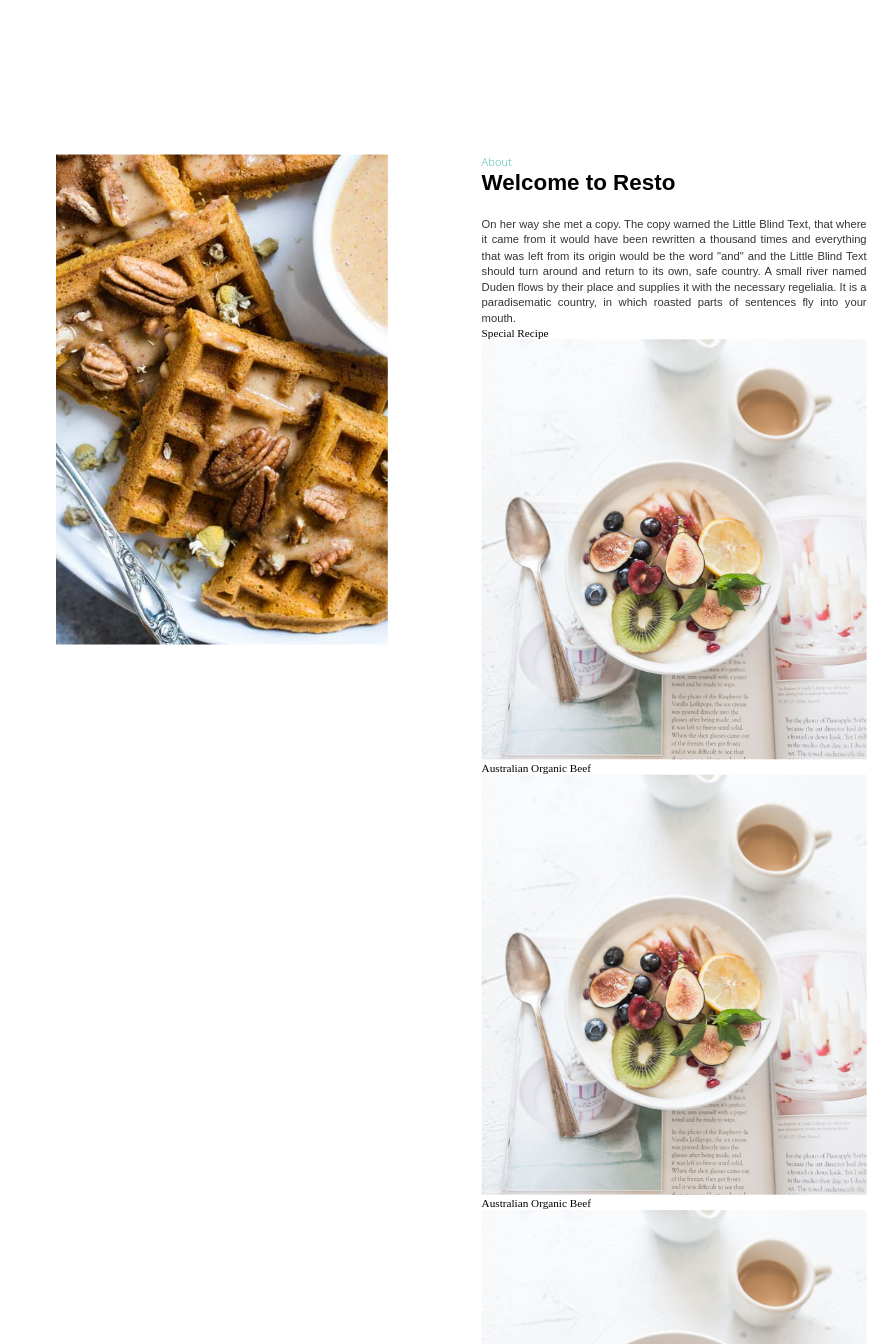
Repository: nguyenanhtuanHDU/myrestaurant
Page: index.html
These files come from the project's save history. The page is drawn as it stood at one moment and after a run of saves; the edit follows.
The browser window is 1280 px wide. The pictures show the part of the page from y = 584 to 2504 px (the page is 2935 px tall before and 2120 px after), at 70% of full size.

Above is the page before, as saved 2022-02-01 02:02:00.

After the next 3 saves:
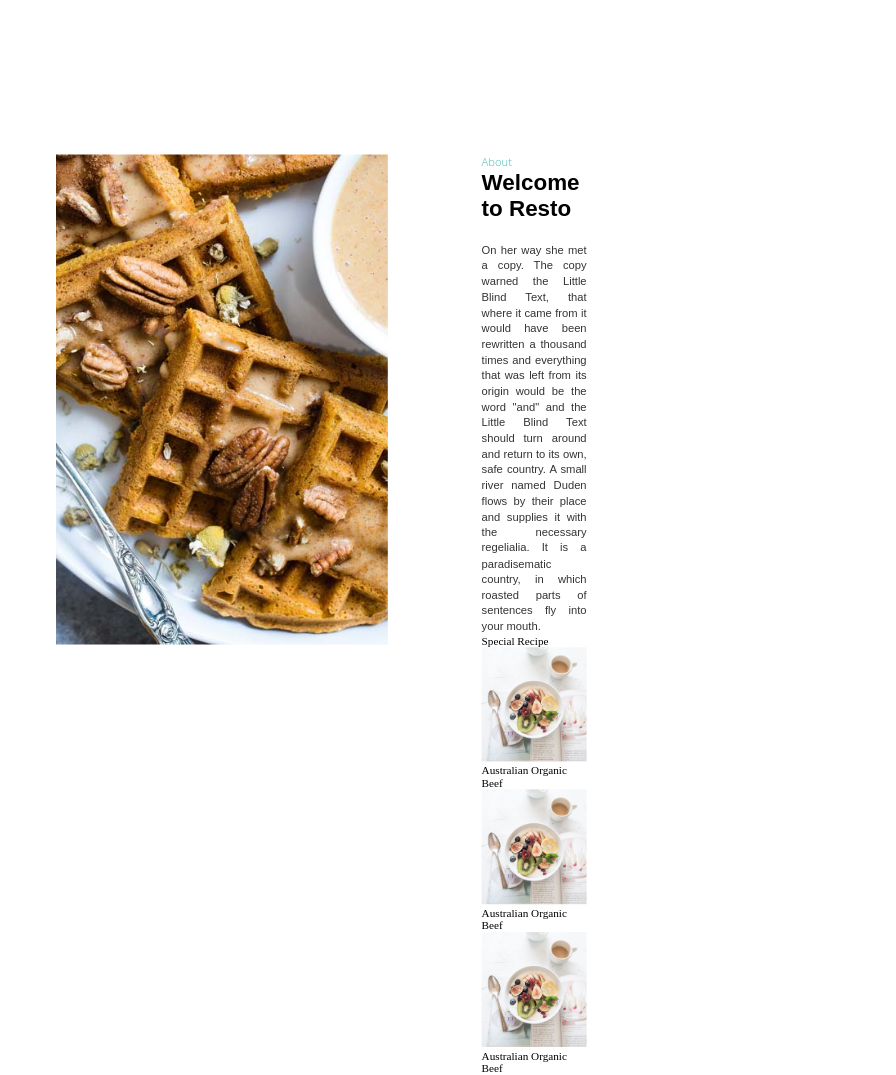
The 3 saves are shown as one change because they came seconds apart.
The last was saved 67 s later.
--- a/assets/style.css
+++ b/assets/style.css
@@ -225,3 +225,6 @@
     opacity: 0.8;
     line-height: 1.4;
 }
+.dish_img{
+    width: 150px;
+}
